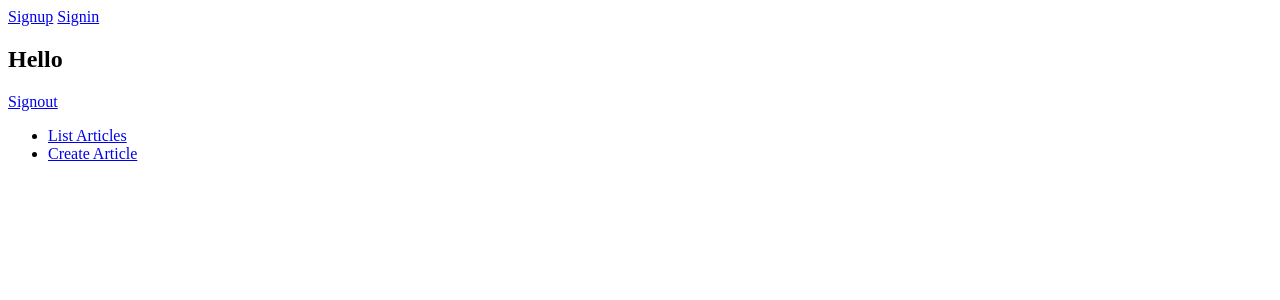
Repository: Innogator/mean-stack
Page: public/example/views/example.client.view.html
The author's editor kept a record of every edit. The page is drawn from the files as they stood at one moment, then again after the next edit.
The browser window is 1280 px wide. The pictures show the whole page.

Above is the page before.

### public/example/views/example.client.view.html
<section ng-controller="ExampleController">
    <div data-ng-show="!authentication.user">
        <a href="/signup">Signup</a>
        <a href="/signin">Signin</a>
    </div>
    <div data-ng-show="authentication.user">
        <h1>
            Hello
            <span data-ng-bind="authentication.user.fullName"></span>
        </h1>
            <a href="/signout">Signout</a>
        <ul>
            <li>
                <a href="/#!/articles">List Articles</a>
            </li>
            <li>
                <a href="/#!/articles/create">Create Article</a>
            </li>
        </ul>
    </div>
</section>

After the next edit:
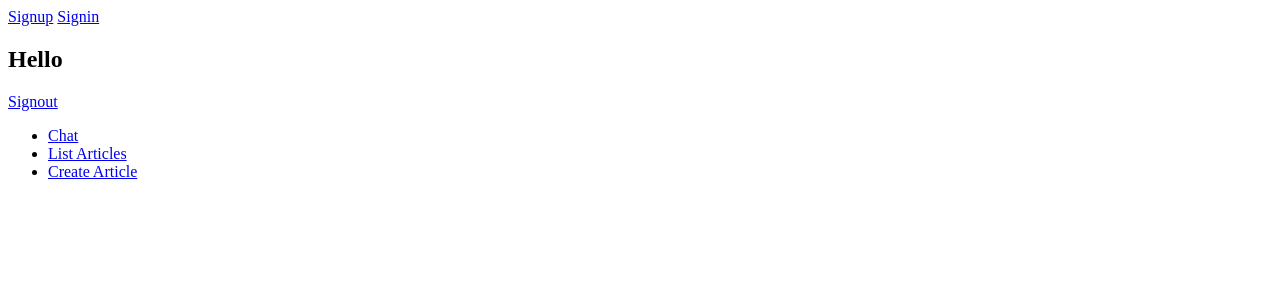
The edit:
--- a/public/example/views/example.client.view.html
+++ b/public/example/views/example.client.view.html
@@ -10,12 +10,9 @@
         </h1>
             <a href="/signout">Signout</a>
         <ul>
-            <li>
-                <a href="/#!/articles">List Articles</a>
-            </li>
-            <li>
-                <a href="/#!/articles/create">Create Article</a>
-            </li>
+            <li><a href="/#!/chat">Chat</a></li>
+            <li><a href="/#!/articles">List Articles</a></li>
+            <li><a href="/#!/articles/create">Create Article</a></li>
         </ul>
     </div>
 </section>
